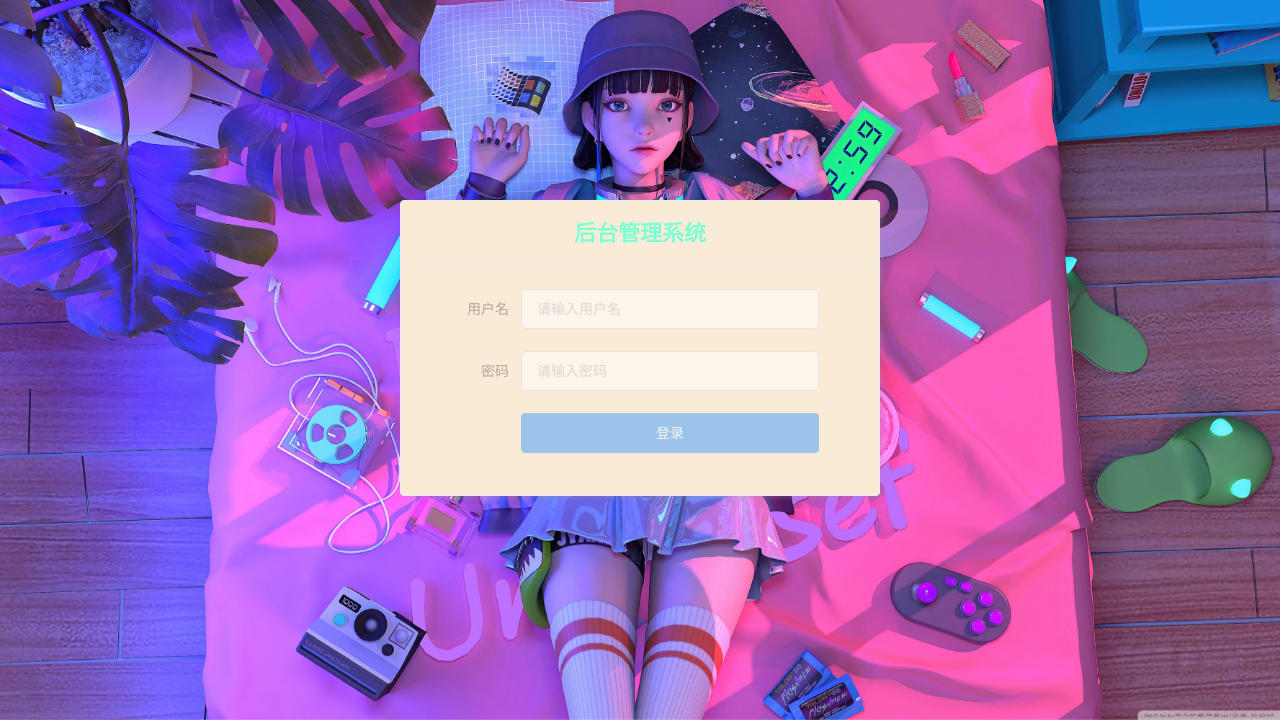
Repository: wuder-jie/Manager-System
Page: /
These files come from the project's save history. The page is drawn as it stood at one moment and after the next save; the edit follows.
The browser window is 1280 px wide. The pictures show the whole page.
The project was rebuilt for these pictures with package versions that can differ from the ones it lists, and the page was loaded fresh each time. Also part of the build but not shown: vue.config.js.

Above is the page before, as saved 2022-11-27 15:41:49.

### src/main.js
import Vue from "vue";
import App from "./App.vue";
import ElementUI from "element-ui";
import "element-ui/lib/theme-chalk/index.css";
// 引入reset样式重置文件。
import "@/assets/css/reset.css";
// 引入图标样式
import "font-awesome/css/font-awesome.min.css";
// 引入axios
import service from "@/api/service.js";
// 引入路由器
import router from "@/router";
// 把axios挂载到原型，所有的vc都可访问。
Vue.prototype.service = service;
Vue.config.productionTip = false;
Vue.use(ElementUI);

new Vue({ router, render: (h) => h(App) }).$mount("#app");

### src/App.vue
<template>
  <div id="app">
    <router-view></router-view>
  </div>
</template>

<script>
export default {
  name: "app",
  data() {
    return {};
  },
  components: {},
  methods: {},
};
</script>
<style lang="scss">
.suc {
  background-color: red;
}
</style>

### src/assets/css/reset.css
body {
  font-family:arial,helvetica,sans-serif;
  font-size:13px;
  font-size-adjust:none;
  font-stretch:normal;
  font-style:normal;
  font-variant:normal;
  font-weight:normal;
  line-height:1.4;
  text-align:center;
  }
  *{
    margin: 0;
    padding: 0;
    box-sizing: border-box;
  }
  html,body,#app{
    width: 100%;
    height: 100%;
  }
  body, ul, ol, dl, dd, h1, h2, h3, h4, h5, h6, p, form, fieldset, legend, input, textarea, select, button, th, td {
  margin:0;
  padding:0;
  }
  h1, h2, h3, h4, h5, h6 {
  font-size:100%;
  font-weight:normal;
  }
  table {
  font-size:inherit;
  }
  input, select {
  font-family:arial,helvetica,clean,sans-serif;
  font-size:100%;
  font-size-adjust:none;
  font-stretch:normal;
  font-style:normal;
  font-variant:normal;
  font-weight:normal;
  line-height:normal;
  }
  button {
  overflow:visible;
  }
  th, em, strong, b, address, cite {
  font-style:normal;
  font-weight:normal;
  }
  li {
  list-style-image:none;
  list-style-position:outside;
  list-style-type:none;
  }
  img, fieldset {
  border:0 none;
  }
  ins {
  text-decoration:none;
  }

### src/api/service.js
import axios from "axios";
import { getToken } from "@/utils/localStorage.js";
const service = axios.create({
  baseURL: "/api2",
  timeout: 3000,
});
// 添加请求拦截器
service.interceptors.request.use(
  function (config) {
    // 在发送请求之前做些什么
    // 配置token到headers中。
    if (getToken("TOKEN")) {
      config.headers["TOKEN"] = getToken("TOKEN");
    }

    return config;
  },
  function (error) {
    // 对请求错误做些什么
    return Promise.reject(error);
  }
);

// 添加响应拦截器
service.interceptors.response.use(
  function (response) {
    // 对响应数据做点什么
    return response;
  },
  function (error) {
    // 对响应错误做点什么
    return Promise.reject(error);
  }
);
export default service;

### src/router/index.js
import Vue from "vue";
import Router from "vue-router";
Vue.use(Router);
const routes = [
  {
    path: "/",
    redirect: "/login",
  },
  {
    name: "login",
    path: "/login",
    // 路由懒加载
    component: () => import("@/pages/login"),
  },
  {
    name: "NotFound",
    path: "*",
    // 路由懒加载
    component: () => import("@/components/NotFound.vue"),
  },
  {
    name: "home",
    path: "/home",
    // 路由懒加载
    component: () => import("@/pages/home"),
    // 异步组件
    // component: (resolve) => require(["@/pages/home"], resolve),
  },
];

const router = new Router({
  mode: "history",
  routes,
});
export default router;

### src/utils/localStorage.js
export function setToken(key, value) {
  localStorage.setItem(key, value);
}
export function getToken(key) {
  return localStorage.getItem(key);
}
export function removeToken(key) {
  localStorage.removeItem(key);
}

### src/pages/login/index.vue
<template>
  <div id="login">
    <el-card class="box-card">
      <div slot="header" class="clearfix">
        <span>后台管理系统</span>
      </div>
      <el-form
        :model="ruleForm"
        status-icon
        ref="ruleForm"
        label-width="100px"
        class="demo-ruleForm"
      >
        <el-form-item label="用户名" prop="userName">
          <el-input
            type="userName"
            placeholder="请输入用户名"
            v-model.trim="ruleForm.userName"
            @blur="validateUserName"
            autocomplete="off"
          ></el-input>
        </el-form-item>
        <el-form-item label="密码" prop="password">
          <el-input
            type="password"
            placeholder="请输入密码"
            @blur="validatePassWord"
            v-model.trim="ruleForm.password"
            autocomplete="off"
          ></el-input>
        </el-form-item>
        <el-form-item>
          <el-button
            type="primary"
            @click.prevent="submitForm('ruleForm')"
            class="btn-login"
            >登录</el-button
          >
        </el-form-item>
      </el-form>
    </el-card>
  </div>
</template>

<script>
import { login } from "@/api/index.js";
import { setToken } from "@/utils/localStorage.js";
export default {
  name: "LoginItem",
  data() {
    return {
      ruleForm: {
        userName: "",
        password: "",
      },
      // 验证表单
    };
  },
  methods: {
    async submitForm(formName) {
      this.$refs[formName].validate(async (valid) => {
        if (valid) {
          // 发送请求登录请求。
          const data = {
            username: this.ruleForm.userName,
            password: this.ruleForm.password,
          };
          const { data: result } = await login(data);
          if (result.status === 200) {
            setToken("TOKEN", JSON.stringify(result.token));
            setToken("USERNAME", JSON.stringify(result.username));
            this.$message({
              message: "登录成功",
              type: "success",
            });
            this.$router.push("/home");
          }
        } else {
          console.log("error submit!!");
          return false;
        }
      });
    },
    // 验证用户名
    validateUserName() {
      let val1 = /^(?:(?:\+|00)86)?1[3-9]\d{9}$/;
      if (this.ruleForm.userName === "") {
        this.$message({
          message: "用户名不能为空",
          type: "warning",
        });
      } else if (!val1.test(this.ruleForm.userName)) {
        this.$message({
          message: "你输入的手机号不符合规定，请重新输入",
          type: "warning",
        });
      }
    },
    // 验证密码
    validatePassWord() {
      // 大写字母、小写字母、数字、字符任选三项。
      let val2 =
        /^(?![a-zA-Z]+$)(?![A-Z0-9]+$)(?![A-Z\W_!@#$%^&*`~()-+=]+$)(?![a-z0-9]+$)(?![a-z\W_!@#$%^&*`~()-+=]+$)(?![0-9\W_!@#$%^&*`~()-+=]+$)[a-zA-Z0-9\W_!@#$%^&*`~()-+=]/;
      if (this.ruleForm.password === "") {
        this.$message({
          message: "密码不能为空",
          type: "warning",
        });
      } else if (!val2.test(this.ruleForm.password)) {
        this.$message({
          message:
            "密码不符合规定，必须在大写字母、小写字母、数字、字符中任选三项",
          type: "warning",
        });
      }
    },
  },
};
</script>
<style lang="scss">
#login {
  position: absolute;
  width: 100%;
  height: 100%;
  background-color: antiquewhite;
  margin: 0px;
  background: url(@/assets/images/cute_anime_girl_2-wallpaper-3554x1999.jpg)
    no-repeat;
  background-size: 100% 100%;
  background-attachment: fixed;
  .el-form {
    margin-right: 40px;
    filter: alpha(Opacity=80);
    -moz-opacity: 0.5;
    opacity: 0.5;

  }
  .box-card {
    background-color: antiquewhite;
    box-shadow: 2px 2px 5px rgba(157, 150, 150, 0.3);
  }
  .btn-login {
    width: 100%;
  }
  .text {
    font-size: 14px;
  }
  .clearfix span {
    font-size: 22px;
    font-weight: 600;
    color: aquamarine;
  }

  .clearfix:before,
  .clearfix:after {
    display: table;
    content: "";
  }
  .clearfix:after {
    clear: both;
  }

  .box-card {
    width: 480px;
    margin: 200px auto;
  }
}
</style>

### src/api/index.js
import service from "./service.js";

// 登录请求。/login    post   username,password
export const login = function (data = {}) {
  return service({url:'/login',method:'post',data})
};

Loaded but not shown: public/index.html (common file)

After the next save:
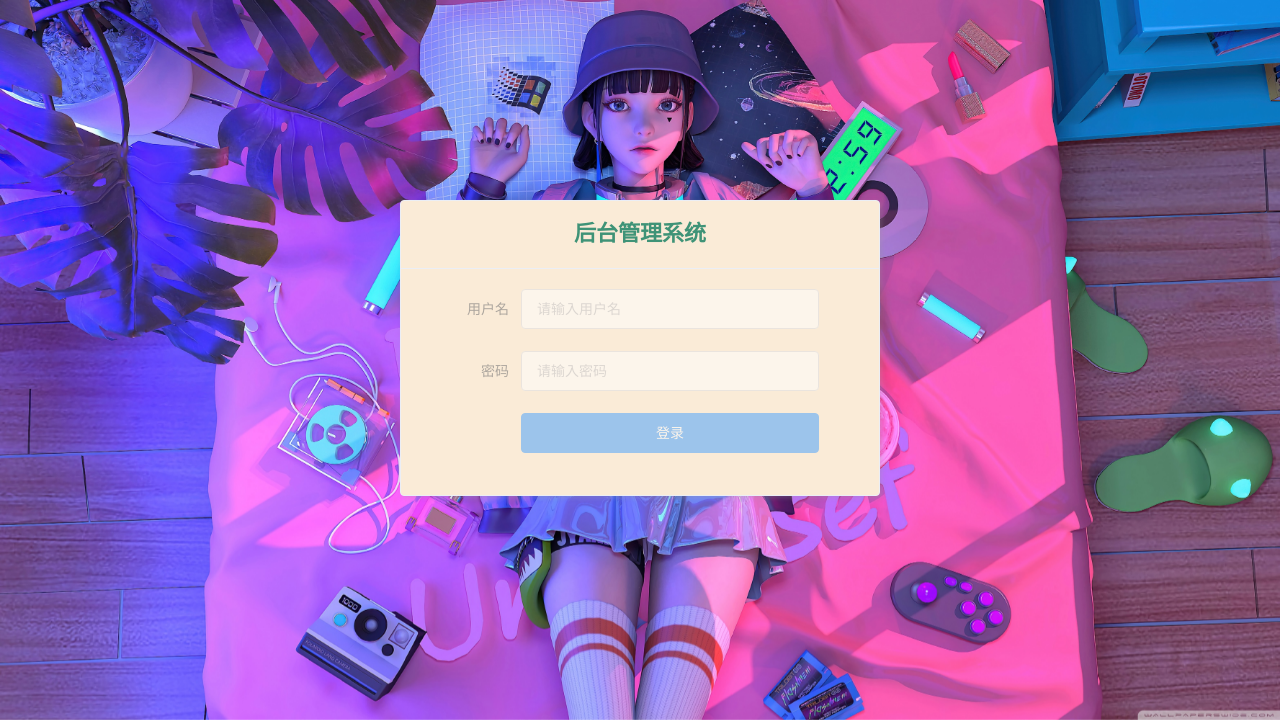
Saved 26 s later.
--- a/src/pages/login/index.vue
+++ b/src/pages/login/index.vue
@@ -148,7 +148,7 @@ export default {
   .clearfix span {
     font-size: 22px;
     font-weight: 600;
-    color: aquamarine;
+    color: rgb(63, 147, 119);
   }
 
   .clearfix:before,
